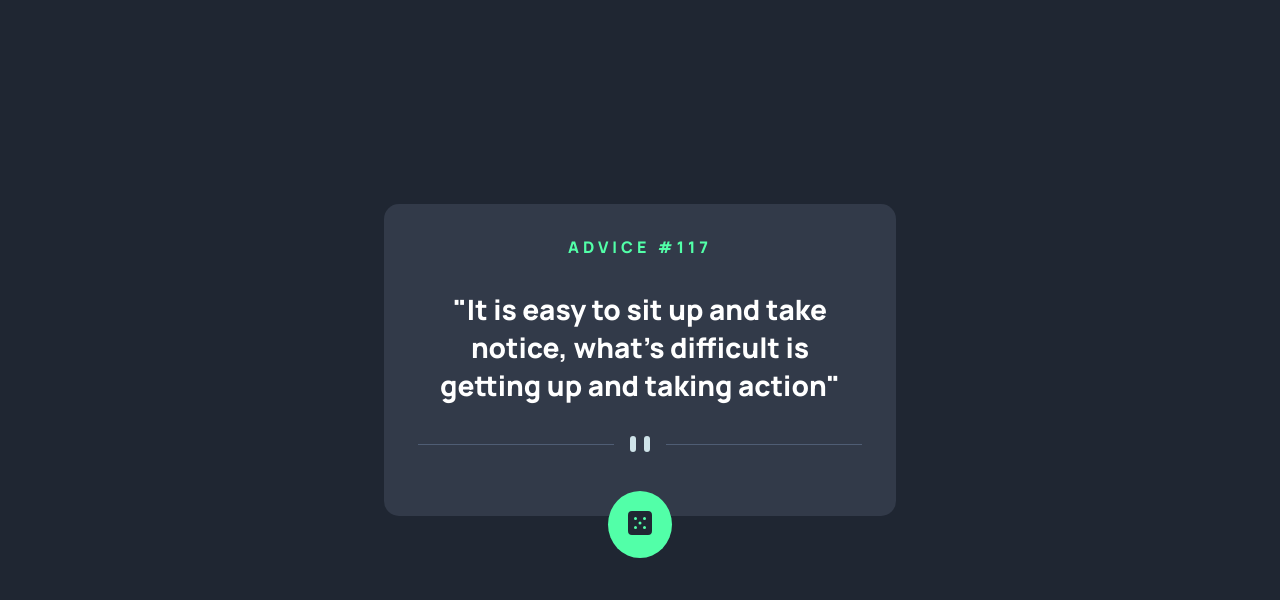
Repository: WindOfCodes/advice-generator-app
Page: index.html
These files come from the project's save history. The page is drawn as it stood at one moment and after the next save; the edit follows.
The browser window is 1280 px wide. The pictures show the whole page.

Above is the page before, as saved 2022-11-28 22:16:35.

After the next save:
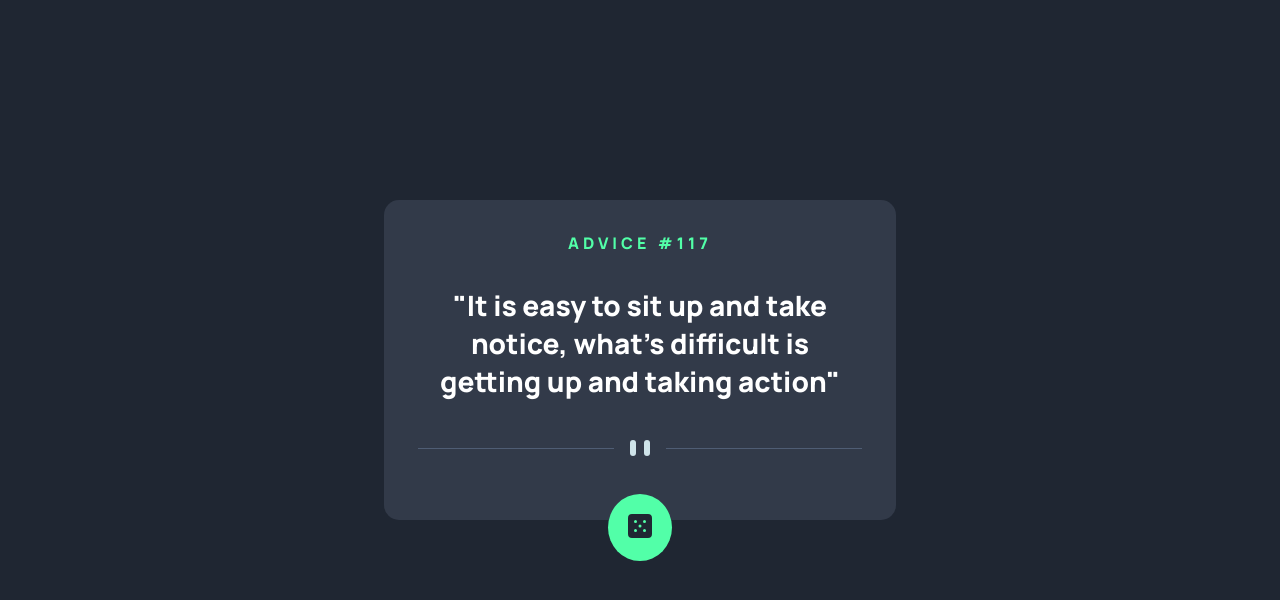
Saved 21 s later.
--- a/styles/main.css
+++ b/styles/main.css
@@ -50,7 +50,7 @@ body {
 }
 
 .line {
-  margin: 2rem 0 4rem 0;
+  margin: 2.5rem 0 4rem 0;
 }
 
 .dice {
